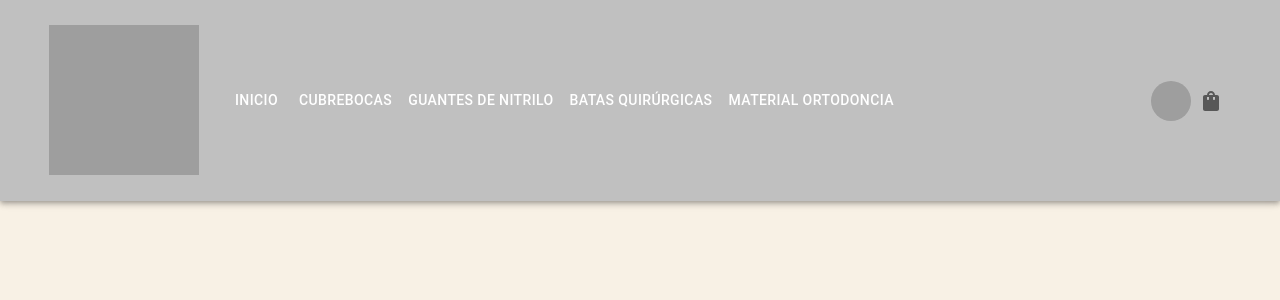
Repository: SebastianPineiro10/ecommerce-coderhouse
Page: /cart
An editor plug-in stored every save of this project. The page is shown before and after the next save, followed by the edit.
The browser window is 1280 px wide. The pictures show the whole page.
Pictures or frames that could not be fetched are drawn as grey boxes. The project was rebuilt for these pictures with package versions that can differ from the ones it lists, and the page was loaded fresh each time. Also part of the build but not shown: vite.config.js, src/firebaseConfig.js, src/products.js, src/components/common/card/ProductCard.jsx, src/components/pages/ItemListContainer/ItemList.jsx, src/components/pages/ItemListContainer/ItemListContainer.jsx, src/components/pages/ItemDetail/ItemDetail.jsx, src/components/pages/ItemDetail/ItemDetailContainer.jsx and 2 more.

Above is the page before, as saved 2024-11-18 17:33:56.

### index.html
<!doctype html>
<html lang="en">
  <head>
    <meta charset="UTF-8" />
    <link rel="icon" type="favicon" href="/public/favicon.ico" />
    <meta name="viewport" content="width=device-width, initial-scale=1.0" />
    <title>SP Depósito Dental</title>
    <meta name="description" content="Bienvenido a SP Depósito Dental, su tienda de confianza para productos dentales." />
    <meta name="keywords" content="dental, productos dentales, tienda, e-commerce" />

  </head>
  <body>
    <div id="root"></div>
    <script type="module" src="/src/main.jsx"></script>
  </body>
</html>

### src/main.jsx
import { createRoot } from 'react-dom/client'
import App from './App.jsx'
import './index.css'


createRoot(document.getElementById("root")).render(<App />);

### src/App.jsx
import { BrowserRouter } from 'react-router-dom';
import { Routes, Route } from 'react-router-dom';
import { CartProvider } from './context/CartContext';
import NavBar from './components/layout/navbar/NavBar';
import {ItemListContainer} from './components/pages/ItemListContainer/ItemListContainer';
import ItemDetailContainer from './components/pages/ItemDetail/ItemDetailContainer';
import CartContainer from './components/pages/cart/CartContainer';
import { Toaster } from 'sonner';
import Checkout from './components/pages/checkout/Checkout';
import Brief from './components/pages/brief/Brief';


const App = () => {
  return (
    <CartProvider>
      <BrowserRouter>
      <Toaster duration={2000} richColors position="bottom-right" />
        <NavBar />
        <Routes>
          <Route
            path="/"
            element={<ItemListContainer greeting="¡Hola! Bienvenido a SP Deposito Dental" />}
          />
          <Route path="/category/:categoryId" element={<ItemListContainer greeting="¡Hola! Bienvenido a SP Deposito Dental" />} />
          <Route path="/item/:itemId" element={<ItemDetailContainer />} />
          <Route path="/cart" element={<CartContainer />} />
          <Route path="/checkout" element={<Checkout />} />
          <Route path="/brief" element={<Brief />} />
          <Route path="*" element={<h2>404 not found</h2>} />
        </Routes>
      </BrowserRouter>
    </CartProvider>
  );
};

export default App;

### src/index.css
body {
  background-color: #F8F1E5;
  margin: 0;
  font-family: 'Roboto', sans-serif;
  color: #2C3E50;
}

### src/context/CartContext.jsx
import { createContext, useContext, useState } from "react";
import PropTypes from "prop-types";
import { toast } from "sonner"; // Notificaciones con Sonner

const CartContext = createContext();

export const useCart = () => useContext(CartContext);

export const CartProvider = ({ children }) => {
  const [cart, setCart] = useState([]);

  const addToCart = (product) => {
    setCart((prevCart) => {
      const existingProduct = prevCart.find((item) => item.id === product.id);

      if (existingProduct) {
        if (existingProduct.quantity < product.stock) {
          toast.success(`${product.title} añadido al carrito.`);
          return prevCart.map((item) =>
            item.id === product.id
              ? { ...item, quantity: item.quantity + 1 }
              : item
          );
        } else {
          toast.error("No hay suficiente stock disponible.");
          return prevCart;
        }
      } else {
        if (product.stock > 0) {
          toast.success(`${product.title} añadido al carrito.`);
          return [...prevCart, { ...product, quantity: 1 }];
        } else {
          toast.error("No hay stock disponible.");
          return prevCart;
        }
      }
    });
  };

  const updateQuantity = (cartItemId, quantity) => {
    if (quantity < 1 || isNaN(quantity)) return;

    setCart((prevCart) =>
      prevCart.map((item) =>
        item.cartItemId === cartItemId && quantity <= item.stock
          ? { ...item, quantity: quantity }
          : item
      )
    );
  };

  const handleRemoveFromCart = (cartItemId) => {
    setCart((prevCart) => prevCart.filter((item) => item.cartItemId !== cartItemId));
    toast("Producto eliminado del carrito.");
  };

  const startCheckout = () => {
    const outOfStockItems = cart.filter((item) => item.quantity > item.stock);

    if (outOfStockItems.length > 0) {
      toast.error("Algunos productos superan el stock disponible.");
      return;
    }

    toast.success("¡Preparando el checkout!");
  };

  return (
    <CartContext.Provider
      value={{
        cart,
        addToCart,
        updateQuantity,
        handleRemoveFromCart,
        startCheckout,
      }}
    >
      {children}
    </CartContext.Provider>
  );
};

CartProvider.propTypes = {
  children: PropTypes.node.isRequired,
};

### src/components/layout/navbar/NavBar.jsx
import * as React from 'react';
import AppBar from '@mui/material/AppBar';
import Box from '@mui/material/Box';
import Toolbar from '@mui/material/Toolbar';
import IconButton from '@mui/material/IconButton';
import Typography from '@mui/material/Typography';
import Menu from '@mui/material/Menu';
import MenuIcon from '@mui/icons-material/Menu';
import Container from '@mui/material/Container';
import Avatar from '@mui/material/Avatar';
import Button from '@mui/material/Button';
import Tooltip from '@mui/material/Tooltip';
import MenuItem from '@mui/material/MenuItem';
import CartWidget from '../../common/cartWidget/Cartwidget'
import { NavLink } from 'react-router-dom';
import "./Navbar.css";

const pages = [
  { name: 'Inicio', route: '/' },
  { name: 'Cubrebocas', route: '/category/cubrebocas' },
  { name: 'Guantes de Nitrilo', route: '/category/guantes' },
  { name: 'Batas Quirúrgicas', route: '/category/batas' },
  { name: 'Material ortodoncia', route: '/category/ortodoncia'},

];
const settings = ['Mi Perfil', 'Cuenta', 'Mis Compras', 'Cerrar sesión', 'Buscar'];

function ResponsiveAppBar() {
  const [anchorElNav, setAnchorElNav] = React.useState(null);
  const [anchorElUser, setAnchorElUser] = React.useState(null);

  const handleOpenNavMenu = (event) => {
    setAnchorElNav(event.currentTarget);
  };

  const handleOpenUserMenu = (event) => {
    setAnchorElUser(event.currentTarget);
  };

  const handleCloseNavMenu = () => {
    setAnchorElNav(null);
  };

  const handleCloseUserMenu = () => {
    setAnchorElUser(null);
  };

  return (
    <AppBar position="static">
      <Container maxWidth="xl">
        <Toolbar disableGutters>
          <Box sx={{ display: 'flex', flexDirection: 'column', alignItems: 'center', mr: 3.5 }}>
            <img
              src="https://res.cloudinary.com/dcerhiol0/image/upload/v1730231790/file_9_jmsjn0.png"
              alt="Logo"
              style={{ height: '150px', marginBottom: '1px', width: '150px' }}
            />
            <Typography
              variant="caption"
              noWrap
              component={NavLink}
              to="/"
              sx={{
                fontFamily: 'monospace',
                fontWeight: 700,
                letterSpacing: '.3rem',
                color: 'inherit',
                textDecoration: 'none',
              }}
            >

            </Typography>
          </Box>


          <Box sx={{ flexGrow: 1, display: { xs: 'flex', md: 'none' }, justifyContent: 'center', gap: 5 }}>
            <IconButton
              size="large"
              aria-label="menu"
              aria-controls="menu-appbar"
              aria-haspopup="true"
              onClick={handleOpenNavMenu}
              color="inherit"
            >
              <MenuIcon />
            </IconButton>
            <Menu
              id="menu-appbar"
              anchorEl={anchorElNav}
              anchorOrigin={{ vertical: 'bottom', horizontal: 'left' }}
              keepMounted
              transformOrigin={{ vertical: 'top', horizontal: 'left' }}
              open={Boolean(anchorElNav)}
              onClose={handleCloseNavMenu}
              sx={{ display: { xs: 'block', md: 'none' } }}
            >
              {pages.map((page) => (
                <MenuItem key={page.name} onClick={handleCloseNavMenu}>
                  <Typography textAlign="center">
                    <NavLink to={page.route} style={{ textDecoration: 'none', color: 'inherit' }}>{page.name}</NavLink>
                  </Typography>
                </MenuItem>
              ))}
            </Menu>
          </Box>


          <Box sx={{ flexGrow: 1, display: { xs: 'none', md: 'flex' } }}>
            {pages.map((page) => (
              <Button
                key={page.name}
                onClick={handleCloseNavMenu}
                component={NavLink}
                to={page.route}
                sx={{ my: 2, color: 'white', display: 'block' }}
              >
                {page.name}
              </Button>
            ))}
          </Box>


          <Box sx={{ flexGrow: 0 }}>
            <Tooltip title="Abrir ajustes">
              <IconButton onClick={handleOpenUserMenu} sx={{ p: 0 }}>
                <Avatar alt="User Avatar" src="/static/images/avatar/2.jpg" />
              </IconButton>
            </Tooltip>
            <Menu
              sx={{ mt: '45px' }}
              id="menu-appbar"
              anchorEl={anchorElUser}
              anchorOrigin={{ vertical: 'top', horizontal: 'right' }}
              keepMounted
              transformOrigin={{ vertical: 'top', horizontal: 'right' }}
              open={Boolean(anchorElUser)}
              onClose={handleCloseUserMenu}
            >
              {settings.map((setting) => (
                <MenuItem key={setting} onClick={handleCloseUserMenu}>
                  <Typography textAlign="center">{setting}</Typography>
                </MenuItem>
              ))}
            </Menu>
            <CartWidget itemCount={3} />
          </Box>
        </Toolbar>
      </Container>
    </AppBar>
  );
}

export default ResponsiveAppBar;

### src/components/pages/cart/CartContainer.jsx

import { useCart } from "../../../context/CartContext";
import PropTypes from "prop-types";
import { Box, Typography, IconButton, TextField, Grid } from "@mui/material";
import DeleteIcon from "@mui/icons-material/Delete";

const CartContainer = () => {
  const { cart, updateQuantity, handleRemoveFromCart } = useCart();

  const handleQuantityChange = (cartItemId, e) => {
    const newQuantity = parseInt(e.target.value, 10);
    updateQuantity(cartItemId, newQuantity);
  };

  return (
    <Grid container spacing={2}>
      {cart.map((product) => (
        <Grid item xs={12} md={6} key={product.cartItemId}>
          <Box
            sx={{
              display: "flex",
              justifyContent: "space-between",
              alignItems: "center",
              border: "1px solid #ccc",
              padding: 2,
              borderRadius: 2,
              boxShadow: 2,
              marginBottom: 2,
            }}
          >
            <Box sx={{ display: "flex", alignItems: "center" }}>
              <img
                src={product.imageUrl}
                alt={product.title}
                style={{
                  width: "80px",
                  height: "80px",
                  objectFit: "cover",
                  borderRadius: "8px",
                  marginRight: 16,
                }}
              />
              <Box>
                <Typography variant="body1" sx={{ fontWeight: "bold" }}>
                  {product.title}
                </Typography>
                <Typography variant="body2" sx={{ color: "gray" }}>
                  Stock disponible: {product.stock}
                </Typography>
              </Box>
            </Box>

            <Box sx={{ display: "flex", alignItems: "center" }}>
              <Typography variant="body1" sx={{ marginRight: 2 }}>
                ${product.price} x {product.quantity}
              </Typography>

              <TextField
                type="number"
                value={product.quantity}
                onChange={(e) => handleQuantityChange(product.cartItemId, e)}
                sx={{ width: 60, marginRight: 2 }}
                inputProps={{
                  min: 1,
                  max: product.stock,
                  style: { textAlign: "center" },
                }}
              />

              <IconButton color="error" onClick={() => handleRemoveFromCart(product.cartItemId)}>
                <DeleteIcon />
              </IconButton>
            </Box>
          </Box>
        </Grid>
      ))}
    </Grid>
  );
};

CartContainer.propTypes = {
  cart: PropTypes.arrayOf(
    PropTypes.shape({
      cartItemId: PropTypes.string.isRequired,
      title: PropTypes.string.isRequired,
      imageUrl: PropTypes.string,
      price: PropTypes.number.isRequired,
      stock: PropTypes.number.isRequired,
      quantity: PropTypes.number.isRequired,
    })
  ),
};

export default CartContainer;

### src/components/common/cartWidget/Cartwidget.jsx
import { useCart } from '../../../context/CartContext';
import { Link } from 'react-router-dom';
import IconButton from '@mui/material/IconButton';
import Badge from '@mui/material/Badge';
import ShoppingBagIcon from '@mui/icons-material/ShoppingBag';

const CartWidget = () => {
  const { cart } = useCart();

  const itemCount = cart.reduce((total, item) => total + item.quantity, 0);

  return (
    <Link to="/cart" style={{ textDecoration: 'none' }}>
      <IconButton aria-label="cart">
        <Badge badgeContent={itemCount} color="secondary">
          <ShoppingBagIcon />
        </Badge>
      </IconButton>
    </Link>
  );
};

export default CartWidget;

### src/components/layout/navbar/Navbar.css
.MuiAppBar-root {
    background-color: rgb(192, 192, 192) !important;
    box-shadow: 0px 2px 10px rgba(0, 0, 0, 0.1);
    position: fixed;
    top: 0;
    left: 0;
    width: 100%;
    z-index: 1100;

  }

  .MuiToolbar-root {
    display: flex;
    justify-content: space-between;
    align-items: center;
    padding: 25px;
    min-height: 64px;
  }

  .MuiToolbar-regular {
    display: flex;
    justify-content: space-between;
  }


  .MuiButton-root {
    margin-left: 10px;
    margin-right: 10px;
    padding: 10px 16px;
    transition: background-color 0.3s ease;

  }

  .MuiButton-root:hover {
      color: navy;
  }


.MuiMenu-paper {
    background-color:  rgb(192, 192, 192)!important;
    color: white !important;
}

### src/components/pages/checkout/checkout.css
.checkout-container {
    display: flex;
    flex-direction: column;
    justify-content: flex-start;
    align-items: center;
    max-width: 450px;
    margin: 50px auto;
    padding: 30px;
    background-color: #ffffff;
    border-radius: 10px;
    box-shadow: 0 10px 30px rgba(0, 0, 0, 0.1);
    width: 100%;
    box-sizing: border-box;
    transition: transform 0.3s ease-in-out, box-shadow 0.3s ease-in-out;
  }


  .checkout-container:hover {
    box-shadow: 0 10px 20px rgba(0, 0, 0, 0.25);
    transform: translateY(-1px);
  }


  h2 {
    color: #333;
    font-size: 26px;
    font-weight: 700;
    margin-bottom: 20px;
    text-align: left;
    letter-spacing: 1px;
    width: 100%;  /* Hace que el título ocupe todo el ancho del contenedor */
  }


  .checkout-form {
    display: flex;
    flex-direction: column;
    gap: 20px;
    width: 100%;
    align-items: center;
  }


  input {
    padding: 12px 15px;
    border: 1px solid #ddd;
    border-radius: 6px;
    font-size: 14px;
    width: 100%;
    max-width: 400px;
    height: 40px;
    margin-bottom: 15px;
    transition: border-color 0.3s ease-in-out;
  }


  input:focus {
    border-color: #007BFF;
    outline: none;
  }


  button {
    padding: 12px 20px;
    background-color: #007BFF;
    color: white;
    border: none;
    border-radius: 6px;
    font-size: 16px;
    cursor: pointer;
    width: auto;
    transition: background-color 0.3s ease, transform 0.3s ease-in-out;
  }


  button:hover {
    background-color: #0056b3;
    transform: translateY(-2px);
  }

  button:active {
    background-color: #003d80;
    transform: translateY(2px);
  }

After the next save:
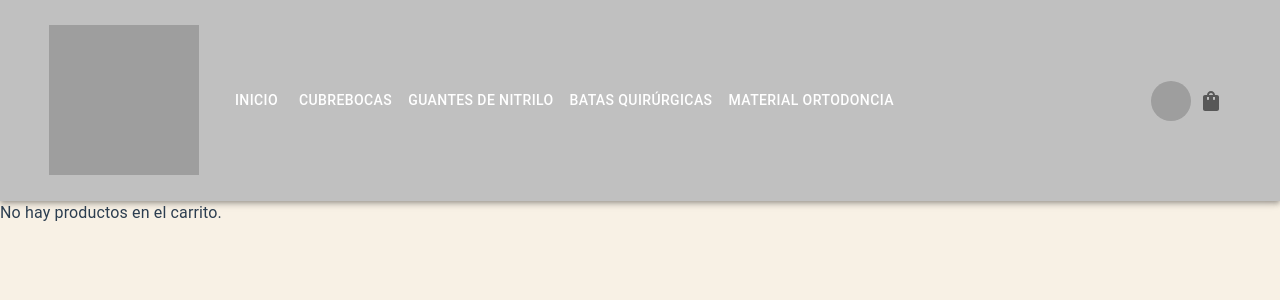
Saved 2 s later.
--- a/src/components/pages/cart/CartContainer.jsx
+++ b/src/components/pages/cart/CartContainer.jsx
@@ -1,94 +1,51 @@
 
 import { useCart } from "../../../context/CartContext";
-import PropTypes from "prop-types";
-import { Box, Typography, IconButton, TextField, Grid } from "@mui/material";
+import { Box, Typography, IconButton, TextField } from "@mui/material";
 import DeleteIcon from "@mui/icons-material/Delete";
 
 const CartContainer = () => {
   const { cart, updateQuantity, handleRemoveFromCart } = useCart();
 
-  const handleQuantityChange = (cartItemId, e) => {
+  const handleQuantityChange = (id, e) => {
     const newQuantity = parseInt(e.target.value, 10);
-    updateQuantity(cartItemId, newQuantity);
+    if (!isNaN(newQuantity)) {
+      updateQuantity(id, newQuantity);
+    }
   };
 
   return (
-    <Grid container spacing={2}>
-      {cart.map((product) => (
-        <Grid item xs={12} md={6} key={product.cartItemId}>
+    <Box>
+      {cart.length === 0 ? (
+        <Typography>No hay productos en el carrito.</Typography>
+      ) : (
+        cart.map((product) => (
           <Box
+            key={product.id}
             sx={{
               display: "flex",
               justifyContent: "space-between",
               alignItems: "center",
+              padding: 2,
               border: "1px solid #ccc",
-              padding: 2,
-              borderRadius: 2,
-              boxShadow: 2,
               marginBottom: 2,
+              borderRadius: 4,
             }}
           >
-            <Box sx={{ display: "flex", alignItems: "center" }}>
-              <img
-                src={product.imageUrl}
-                alt={product.title}
-                style={{
-                  width: "80px",
-                  height: "80px",
-                  objectFit: "cover",
-                  borderRadius: "8px",
-                  marginRight: 16,
-                }}
-              />
-              <Box>
-                <Typography variant="body1" sx={{ fontWeight: "bold" }}>
-                  {product.title}
-                </Typography>
-                <Typography variant="body2" sx={{ color: "gray" }}>
-                  Stock disponible: {product.stock}
-                </Typography>
-              </Box>
-            </Box>
-
-            <Box sx={{ display: "flex", alignItems: "center" }}>
-              <Typography variant="body1" sx={{ marginRight: 2 }}>
-                ${product.price} x {product.quantity}
-              </Typography>
-
-              <TextField
-                type="number"
-                value={product.quantity}
-                onChange={(e) => handleQuantityChange(product.cartItemId, e)}
-                sx={{ width: 60, marginRight: 2 }}
-                inputProps={{
-                  min: 1,
-                  max: product.stock,
-                  style: { textAlign: "center" },
-                }}
-              />
-
-              <IconButton color="error" onClick={() => handleRemoveFromCart(product.cartItemId)}>
-                <DeleteIcon />
-              </IconButton>
-            </Box>
+            <Typography>{product.title}</Typography>
+            <TextField
+              type="number"
+              value={product.quantity}
+              onChange={(e) => handleQuantityChange(product.id, e)}
+              sx={{ width: 60 }}
+            />
+            <IconButton onClick={() => handleRemoveFromCart(product.id)}>
+              <DeleteIcon />
+            </IconButton>
           </Box>
-        </Grid>
-      ))}
-    </Grid>
+        ))
+      )}
+    </Box>
   );
 };
 
-CartContainer.propTypes = {
-  cart: PropTypes.arrayOf(
-    PropTypes.shape({
-      cartItemId: PropTypes.string.isRequired,
-      title: PropTypes.string.isRequired,
-      imageUrl: PropTypes.string,
-      price: PropTypes.number.isRequired,
-      stock: PropTypes.number.isRequired,
-      quantity: PropTypes.number.isRequired,
-    })
-  ),
-};
-
 export default CartContainer;
